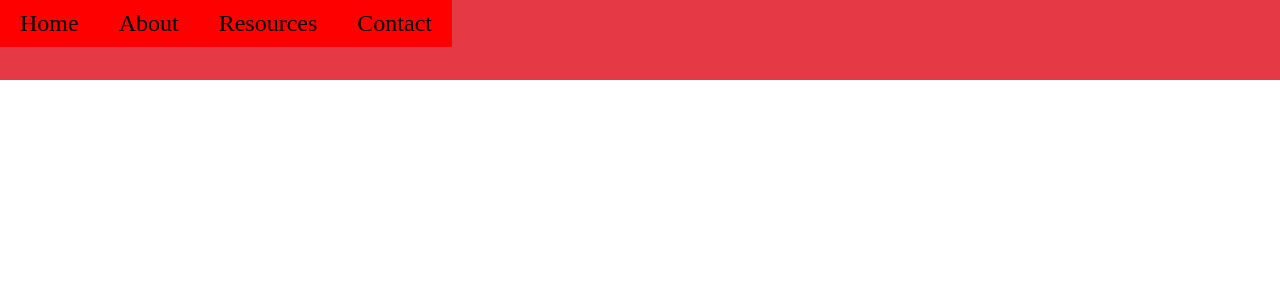
Repository: rdass1/COM421-FinalProject
Page: Website/index.html
The author's editor kept a copy of each file at every save. The page is drawn from the files as they stood at one save, then again after a run of saves.
The browser window is 1280 px wide. The pictures show the whole page.

Above is the page before, as saved 2021-05-11 22:52:05.

After the next 2 saves:
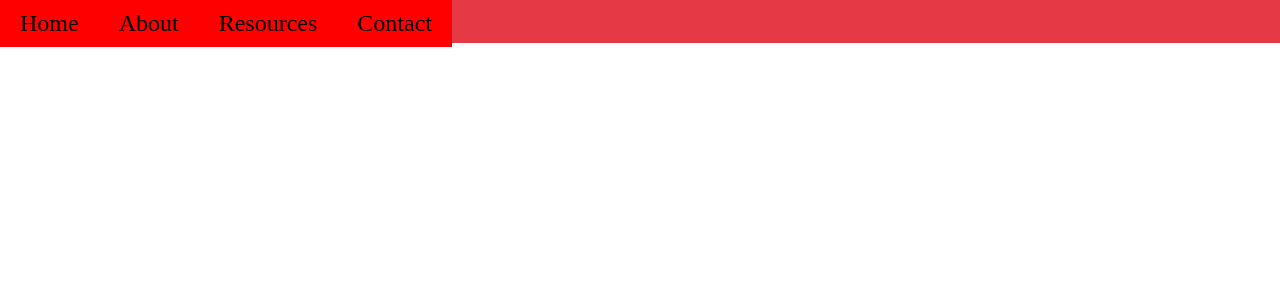
The 2 saves are shown as one change because they came seconds apart.
The last was saved 6 s later.
--- a/Website/css/index.css
+++ b/Website/css/index.css
@@ -5,7 +5,7 @@ body{
 header{
     background-color: #e63946;
     width: 100%;
-    height: 80px;
+    height: 6vh;
     display: flex;
     justify-content: flex-start;
     margin: 0px;
